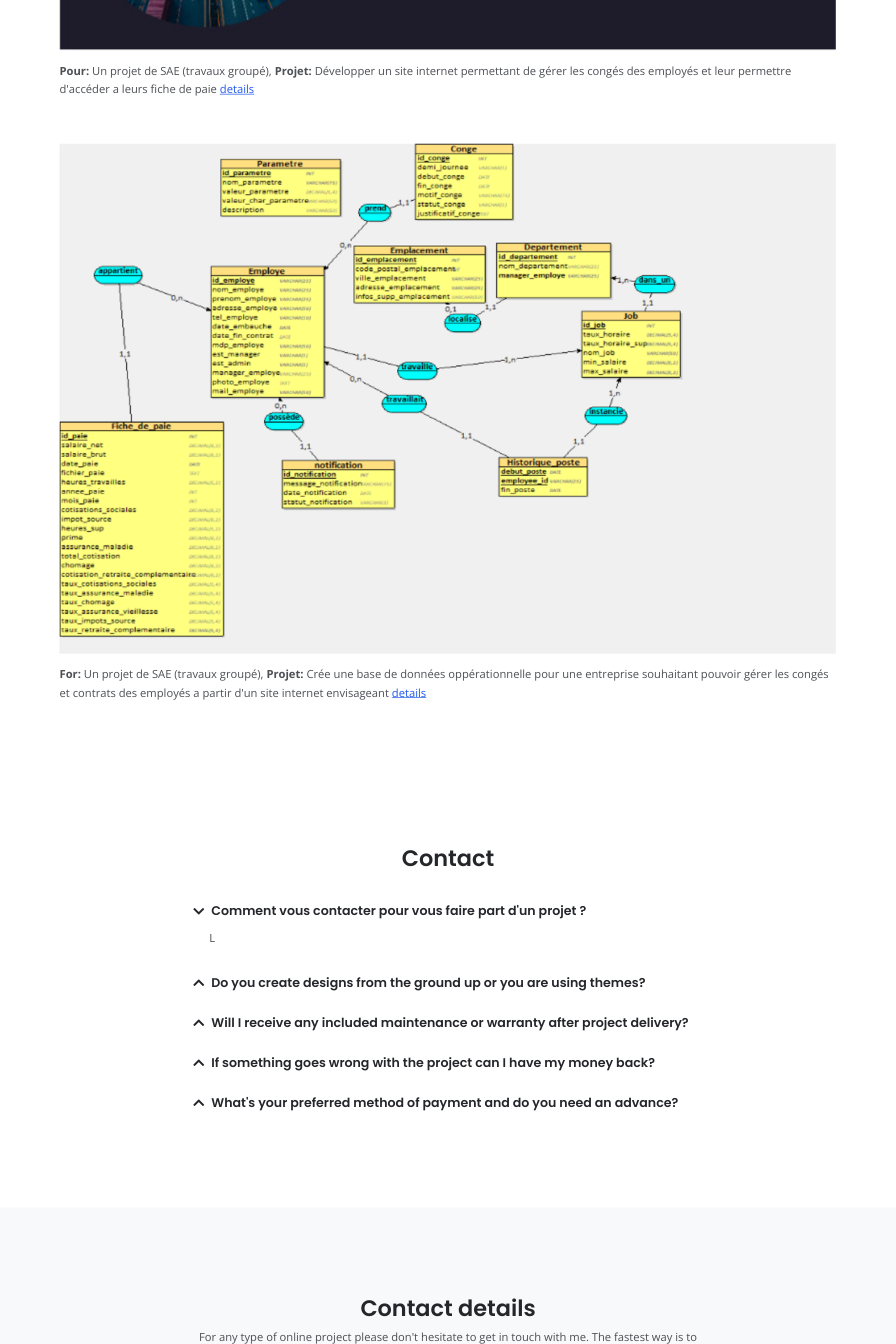
Repository: J2S80000/Portfolio
Page: index.html
The author's editor kept a copy of each file at every save. The page is drawn from the files as they stood at one save, then again after a run of saves.
The browser window is 1280 px wide. The pictures show the part of the page from y = 4580 to 6500 px (the page is 7477 px tall before and 7529 px after), at 70% of full size.

Above is the page before, as saved 2025-05-05 17:43:53.

After the next 2 saves:
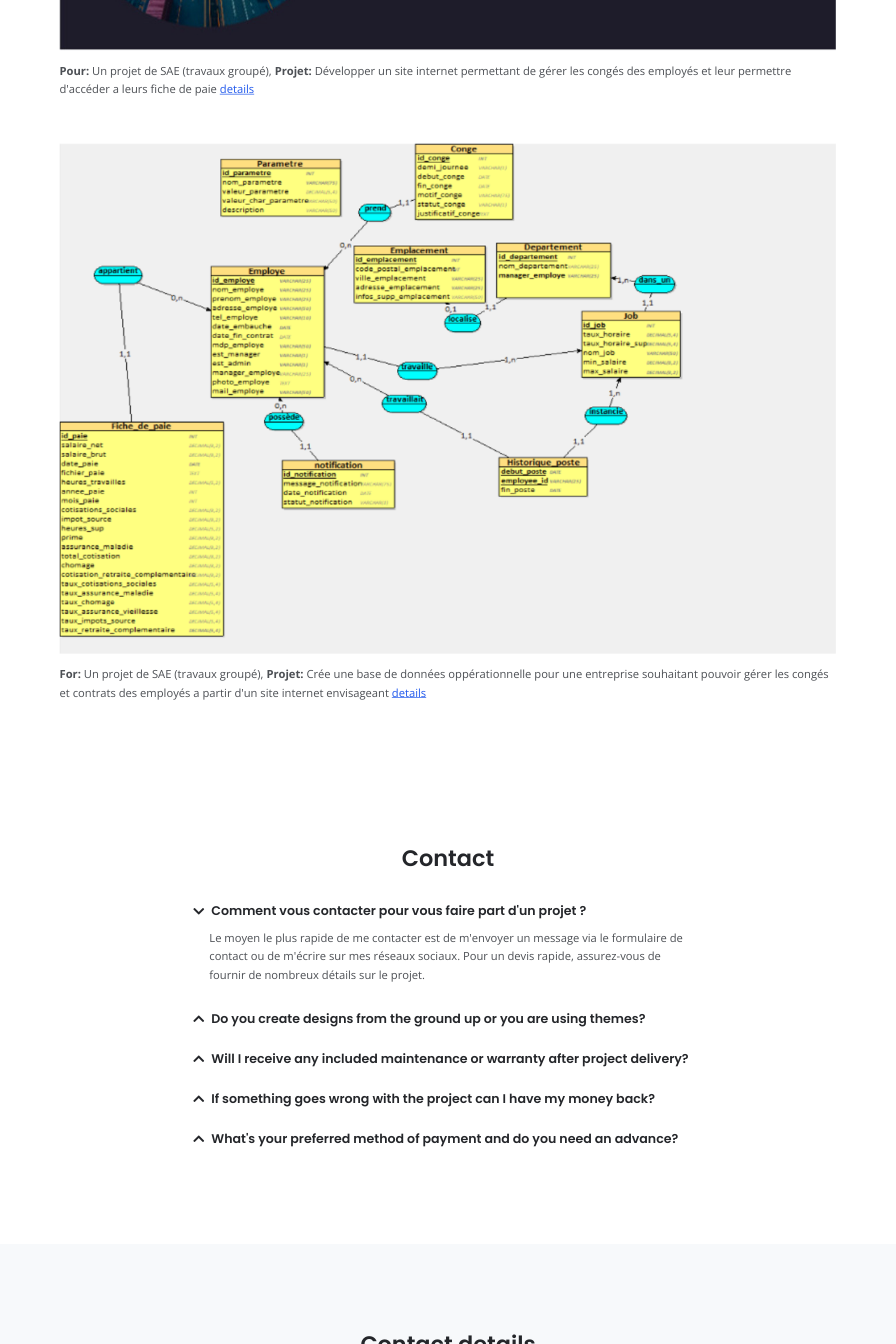
The 2 saves are shown as one change because they came seconds apart.
The last was saved 6 s later.
--- a/index.html
+++ b/index.html
@@ -286,7 +286,7 @@
                             </div>
                             <div id="collapseOne" class="collapse show" aria-labelledby="headingOne" data-parent="#accordionExample">
                                 <div class="card-body">
-                                    L
+                                    Le moyen le plus rapide de me contacter est de m'envoyer un message via le formulaire de contact ou de m'écrire sur mes réseaux sociaux. Pour un devis rapide, assurez-vous de fournir de nombreux détails sur le projet.
                                 </div>
                             </div>
                         </div>
